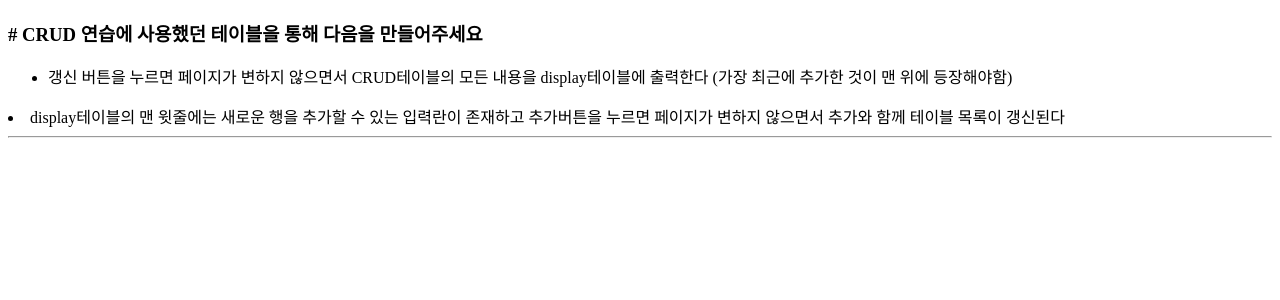
Repository: sirius455/spring-workspace
Page: http://localhost/Spring_REST/WEB-INF/views/ajax/crud_home.jsp
These files come from the project's save history. The page is drawn as it stood at one moment and after the next save; the edit follows.
The browser window is 1280 px wide. The pictures show the whole page.
The page is served by Tomcat 9. Nobody is signed in. Other server files are loaded and not shown. The template is opened directly, without the code that normally fills it, so the values that code supplies are empty.

Above is the page before, as saved 2021-08-05 06:06:47.

### Spring_REST/src/main/webapp/WEB-INF/views/ajax/crud_home.jsp
<%@ page language="java" contentType="text/html; charset=EUC-KR"
    pageEncoding="EUC-KR"%>
<!DOCTYPE html>
<html>
<head>
<meta charset="EUC-KR">
<title>Insert title here</title>
</head>
<body>
	<h3># CRUD 연습에 사용했던 테이블을 통해 다음을 만들어주세요</h3>

	<ul>
		<li>
			갱신 버튼을 누르면 페이지가 변하지 않으면서 CRUD테이블의 모든 내용을 display테이블에 출력한다
			(가장 최근에 추가한 것이 맨 위에 등장해야함)
		</li>
	</ul>
	<li>
	 	display테이블의 맨 윗줄에는 새로운 행을 추가할 수 있는 입력란이 존재하고
	 	추가버튼을 누르면 페이지가 변하지 않으면서 추가와 함께 테이블 목록이 갱신된다
	</li>

<hr>

<table id="display"></table>

</body>
</html>

After the next save:
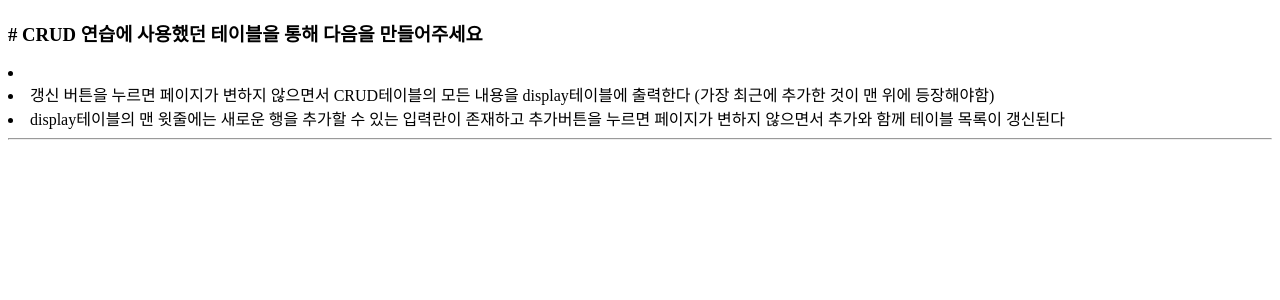
Saved 18 s later.
--- a/Spring_REST/src/main/webapp/WEB-INF/views/ajax/crud_home.jsp
+++ b/Spring_REST/src/main/webapp/WEB-INF/views/ajax/crud_home.jsp
@@ -9,16 +9,17 @@
 <body>
 	<h3># CRUD 연습에 사용했던 테이블을 통해 다음을 만들어주세요</h3>
 
-	<ul>
+	<li>
 		<li>
 			갱신 버튼을 누르면 페이지가 변하지 않으면서 CRUD테이블의 모든 내용을 display테이블에 출력한다
 			(가장 최근에 추가한 것이 맨 위에 등장해야함)
 		</li>
-	</ul>
+	</li>
 	<li>
 	 	display테이블의 맨 윗줄에는 새로운 행을 추가할 수 있는 입력란이 존재하고
 	 	추가버튼을 누르면 페이지가 변하지 않으면서 추가와 함께 테이블 목록이 갱신된다
 	</li>
+
 
 <hr>
 
